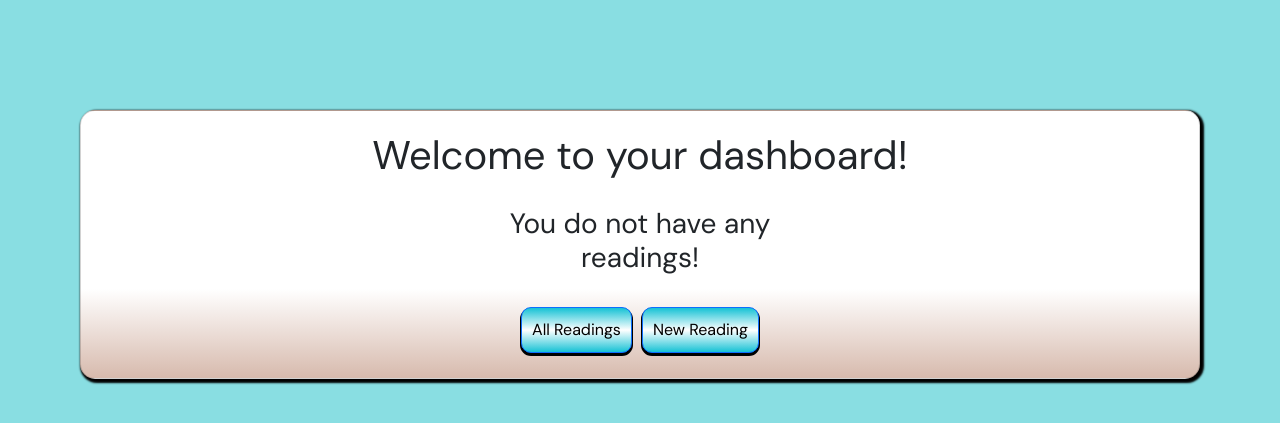
Repository: aiodell/my-glucose-checkup
Page: /dashboard (app in client/)
These files come from the project's save history. The page is drawn as it stood at one moment and after the next save; the edit follows.
The browser window is 1280 px wide. The pictures show the whole page.
The page's requests for data from a server got no answer. The project was rebuilt for these pictures with package versions that can differ from the ones it lists, and the page was loaded fresh each time. No one was signed in, and anything a server would have sent is missing. Also part of the build but not shown: client/src/components/Login.js, client/src/components/Signup.js, client/src/components/AllReadings.js, client/src/components/NewReading.js, client/src/components/Home.js, client/src/components/BglUpdateForm.js, client/src/components/BglEventDetails.js, client/src/components/NewBglEvent.js and 8 more.

Above is the page before, as saved 2022-10-06 07:05:48.

### client/src/index.js
import React from 'react';
import ReactDOM from 'react-dom/client';
import {BrowserRouter as Router} from "react-router-dom";
import 'bootstrap/dist/css/bootstrap.min.css';
import App from './App';

const root = ReactDOM.createRoot(document.getElementById('root'));
root.render(
  <React.StrictMode>
  <Router>
    <App />
  </Router>
  </React.StrictMode>
);

### client/src/App.js
import { useState, useEffect } from "react"
import { Switch, Route, useHistory } from "react-router-dom"
import NavBar from "./components/NavBar"
import Login from "./components/Login"
import Signup from "./components/Signup"
import Dashboard from "./components/Dashboard"
import AllReadings from "./components/AllReadings"
import NewReading from "./components/NewReading"
import Home from "./components/Home"
import BglEventDetails from "./components/BglEventDetails"
import NewBglEvent from "./components/NewBglEvent"
import Events from "./components/Events"
import UserProfile from "./components/UserProfile"
import CreateProfile from "./components/CreateProfile"
import AllUsers from "./components/AllUsers"
import './styles.css'

const App = () => {
  const [currentUser, setCurrentUser] = useState("")
  const [readings, setReadings] = useState([])
  const [events, setEvents] = useState([])
  const [users, setUsers] = useState([])
  const [following, setFollowing] = useState([])
  const history = useHistory()

  useEffect( () => {
    fetch(`/auto-login`)
    .then((r) => {
      if (r.ok) {
        r.json().then((user) => setCurrentUser(user))
      }else{
        history.push("/login")
      }
    })
  }, [ ])

	useEffect(() => {
		fetch("/events")
		.then((r) => r.json())
		.then(setEvents)
	}, [])

  useEffect(() => {
		fetch("/bgls")
		.then((r) => r.json())
		.then(setReadings)
	}, [])

  useEffect(() => {
    fetch("/users")
    .then((r) => r.json())
    .then(setUsers)
  }, [])

  useEffect(() => {
    fetch("/relationships")
    .then((r) => r.json())
    .then(setFollowing)
  }, [])

  const updateUser = (user) => setCurrentUser(user)

  const addNewReading = (newReading) => {setReadings(readings => [...readings, newReading])}

  const deleteReading = (deletedReading) => {
    setReadings((readings) => readings.filter((reading) => reading.id !== deletedReading))
  }

  const deleteEvent = (deletedEvent) => {
    setEvents((events) => events.filter((event) => event.id !== deletedEvent))
  }

  const updateBgl = (updatedBgl) => {
    setReadings((readings) => readings.map(bgl => bgl.id === updatedBgl.id ? updatedBgl : bgl))
  }

  // add follower to list
  const addNewFollow = (newFollow) => {
    setFollowing(following => [...following, newFollow])
    const copyOfCurrentUser = {...currentUser}
    copyOfCurrentUser.followees.push(newFollow)
    setCurrentUser(copyOfCurrentUser)
  }

  // delete follower from the list
  const deleteFollow = (deletedFollow) => {
    setFollowing((following) => following.filter((following) => following.id !== deletedFollow))
  }

  const removeCurrentFollowing = (deletedFollowee) => {
    const copyOfCurrentUser = {...currentUser}
    copyOfCurrentUser.followees = copyOfCurrentUser.followees.filter(followee => followee.followee_id !== deletedFollowee.followee_id)
    setCurrentUser(copyOfCurrentUser)
  }

   return (
   <div>
    <NavBar
      currentUser = {currentUser}
      updateUser = {updateUser}
    />
    <Switch>
      <Route exact path = "/login">
        <Login updateUser = {updateUser}/>
      </Route>
      <Route exact path = "/signup">
        <Signup />
      </Route>
      <Route exact path = "/dashboard">
        <Dashboard
        currentUser = {currentUser}
        readings = {readings}
        setReadings = {setReadings}
        following = {following}  // will be used to display the highs and lows of a user being followed
        users = {users}
        />
      </Route>
      <Route exact path= "/bgls/all">
        <AllReadings
        readings = {readings}
        setReadings = {setReadings}
        />
      </Route>
      <Route exact path= "/bgls/new">
        <NewReading addNewReading= {addNewReading} />
      </Route>
      <Route exact path= "/bgls/:id/">
        <BglEventDetails
          updateBgl = {updateBgl}
          deleteReading= {deleteReading}
          readings = {readings}
        />
      </Route>
      <Route exact path="/bgls/:id/bgl_events/new">
        <NewBglEvent events= {events}/>
      </Route>
      <Route exact path="/events">
        <Events
          deleteEvent = {deleteEvent}
          events = {events}
          setEvents = {setEvents}
        />
      </Route>
      <Route exact path= "/me">
        <UserProfile
        currentUser = {currentUser}
        users = {users}
        />
      </Route>
      <Route exact path = "/create-profile">
        <CreateProfile />
      </Route>
      <Route exact path= "/users">
        <AllUsers
        currentUser = {currentUser}
        users = {users}
        addNewFollow = {addNewFollow}
        deleteFollow = {deleteFollow}
        removeCurrentFollowing ={removeCurrentFollowing}
        />
      </Route>
      <Route exact path="/">
        <Home
        currentUser = {currentUser}
        setCurrentUser = {setCurrentUser}/>
      </Route>
    </Switch>
   </div>
  )
}

export default App;

### client/src/components/NavBar.js
import { useHistory, NavLink } from 'react-router-dom'
import Container from "react-bootstrap/Container"
import Nav from 'react-bootstrap/Nav';
import Navbar from 'react-bootstrap/Navbar';
import '../styles.css';

const NavBar = ({updateUser, currentUser}) => {
	const history = useHistory()

	// log out only available when logged in
	const handleLogout = (e) => {
		fetch(`/logout`, {
			method: 'DELETE'
		})
		.then(() => {
			updateUser("")
			history.push('/')
		})
	}

	return(
		<>
		{currentUser ?
			<Navbar bg="dark" variant="dark" expand="lg">
			<Container className="nav-bar">
				<Navbar.Brand>My Glucose Checkup</Navbar.Brand>
				<Navbar.Toggle aria-controls="basic-navbar-nav" />
				<Navbar.Collapse id="basic-navbar-nav"></Navbar.Collapse>
					<Nav className="me-auto">
						<NavLink className="nav-link" to="/dashboard">
							<Nav.Item>Dashboard</Nav.Item>
						</NavLink>
						<NavLink className="nav-link" to="/bgls/all">
							<Nav.Item>My BGLs</Nav.Item>
						</NavLink>
						<NavLink className="nav-link" to="/bgls/new">
							<Nav.Item>New Reading</Nav.Item>
						</NavLink>
						<NavLink className="nav-link" to="/me">
							<Nav.Item>My Account</Nav.Item>
						</NavLink>
						<NavLink className="nav-link" to="/users">
							<Nav.Item>All Users</Nav.Item>
						</NavLink>
						<Nav.Link onClick={handleLogout}>Logout</Nav.Link>
					</Nav>
			</Container>
		</Navbar> : null }
		</>
	)
}

export default NavBar

### client/src/components/Dashboard.js
import { useState, useEffect } from "react"
import {useHistory, Link, NavLink } from "react-router-dom"
import Container from "react-bootstrap/Container"
import Card from "react-bootstrap/Card"
import Button from "react-bootstrap/Button"
import Col from 'react-bootstrap/Col';
import Row from 'react-bootstrap/Row';

const Dashboard = ({currentUser}) => {
	const[readings, setReadings] = useState([])
	const[errors, setErrors] = useState([])
	const history= useHistory()

	// get the bgls for the user
	useEffect(() => {
		fetch("/bgls")
		.then(r => {
			if(r.ok){
				r.json().then(data => setReadings(data))
			}else{
				r.json().then(data => {
					setErrors(data.errors)
					history.push("/login")
				})
			}
		})
	}, [ ])

	// sort the highest, lowest, and most current value
	const lowestValue = [...readings].sort((a,b) => a.value - b.value)
	const highestValue = [...readings].sort((a,b) => b.value - a.value)
	const highestId =[...readings].sort((a,b) => b.id - a.id)

	const average = (arr) => {
		const { length } = arr
		return arr.reduce((acc, val) => {
			return acc + (val.value/length)
		}, 0)
	}

	const renderAverage = parseInt(average(readings))

	const renderLowest = lowestValue.slice(0,1).map((num) => {
		return(
			<div>
				<h2 key={num.id}> Lowest: {num.value}</h2>
			<Link to= {`/bgls/${num.id}`} className="small-link"> View Details</Link>
			</div>
		)
	})

	const renderHighest = highestValue.slice(0,1).map((num)=> {
		return(
			<div>
				<h2 key={num.id}> Highest: {num.value}</h2>
				<Link to= {`/bgls/${num.id}`} className="small-link"> View Details</Link>
			</div>
		)
	})

	const renderCurrent = highestId.slice(0,1).map((num) => {
		return(
		<>
			<Card className="current-bgl">
				<h1 className="current-txt" key={num.id}> {num.value} </h1>
			</Card>
			<Link to= {`/bgls/${num.id}`} className="small-link"> View Details</Link>
		</>
		)
	})

	// will return a dashboard alongside any highs and lows of followed users
	return(
		<Container className="container-style">
			{errors ? errors.map(e => <section>{e}</section>):null}
			<Card className="dash-container">
				{currentUser.first_name ? <h1 className="dash-title">
					Welcome to your dashboard, {currentUser.first_name} </h1>
					: <h1>Welcome to your dashboard!</h1> }
				{currentUser.admin ?
				<>
					<Row>
						<p>You are in admin mode</p>
							{renderCurrent}
					</Row>
						<Row className="low-high-avg">
							<Col>{renderLowest}</Col>
							<Col>
								{renderAverage === 0 ? <h3> You do not have any readings!</h3> :
								 	<h2> Average: {renderAverage}</h2>
								 }
							</Col>
							<Col>{renderHighest}</Col>
						</Row>
						<div>
							<NavLink to="/events">
								<Button className="btns" >All Events</Button>
							</NavLink>
							<NavLink to="/bgls/all">
								<Button className="btns">All Test Readings</Button>
							</NavLink>
							<NavLink to="/bgls/new">
								<Button className="btns">New Test Reading</Button>
							</NavLink>
						</div>
						<div>
							{/* Add updates from followed users here */}
						</div>
				</> :
				<>
					<Row>
						{renderCurrent}
					</Row>
						<Row className="low-high-avg">
							<Col>{renderLowest}</Col>
							<Col>
								{renderAverage === 0 ? <h3> You do not have any readings!</h3> :
								 	<h2> Average: {renderAverage}</h2>
								}
							</Col>
							<Col>{renderHighest}</Col>
						</Row>
						<div>
							<NavLink to="/bgls/all">
								<Button className="btns">All Readings</Button>
							</NavLink>
							<NavLink to="/bgls/new">
								<Button className="btns">New Reading</Button>
							</NavLink>
						</div>
				</> }
			</Card>
		</Container>
	)
}

export default Dashboard

### client/src/styles.css
@import url('https://fonts.googleapis.com/css2?family=DM+Sans&display=swap');
@import url('https://fonts.googleapis.com/css2?family=Carter+One&family=DM+Sans&display=swap');

body {
  font-family: 'DM Sans', sans-serif;
  background-color:	#89dee2;
  margin: 0px;
}

/*Universal */
.btns {
  background-image: linear-gradient(#16c2d5, #ffffff,#16c2d5);
  color: rgb(0, 0, 0);
  padding: 10px;
  margin: 5px;
  text-align: center;
  border-radius: 10px;
  box-shadow: 0px 2px 0px 1px black;
  text-decoration: none;
}

.container-style{
  text-align: center;
  padding: 10px;
  position: relative;
}

.navbar-brand{
  font-family: 'Carter One', cursive;
  font-size: 2rem;
  text-align:left
}

/*Home Page */
.Home {
  text-align: center;
}

.home-background {
  background-color: #88c7b2;
  min-height: 100vh;
  display: flex;
  flex-direction: column;
  align-items: center;
  justify-content: center;
  font-size: calc(10px + 2vmin);
  color: white;
}

.welcome {
  font-family: 'Carter One', cursive;
  text-shadow: 2px 2px black;
  text-align: center;
}

.home-btn-div {
  align-content: center;
}

/*Forms */
.form-style{
  margin-top: 100px;
  border-radius: 20px;
  box-shadow: 0px 2px 0px 1px black;
  background-image: linear-gradient(#67eabe, #ffffff);
  color: rgb(0, 0, 0);
}
.title{
  padding: 20px;
  position: relative;
}

/*Dashbord */
.dash-container{
  margin-top: 100px;
  padding: 20px;
  background-image: linear-gradient(#ffffff,#ffffff, #ffffff,#d7baad);
  box-shadow: 2px 2px 2px 2px black;
  border-radius: 15px;
  position: relative;
}

.current-bgl{
  border-radius: 50%;
  height: 150px;
  width: 150px;
  vertical-align: middle;
  left: 44%;
  position: relative;
  box-shadow: 2px 2px 2px 2px black;
  background-image: linear-gradient(#67eabe, #ffffff);
}

.current-txt{
  text-align: center;
  font-size: 4rem;
  padding-top: 40px;
  padding-left: 5px;
  position: relative;
}

.low-high-avg{
  padding: 20px;
  position: relative;
}

.dash-title{
  font-family: 'Carter One', cursive;
  text-shadow: 2px 2px 2px black;
  color: white
}

/*Events */

.list{
  list-style: none;
  padding: 5px;
  font-size: 150%;
}

.event-container-style{
  text-align: center;
  padding: 10px;
  position: relative;
  margin: 5px;
}

.delete-btn{
  background-image: linear-gradient(#67eabe, #ffffff);
  color: rgb(0, 0, 0);
  padding: 5px;
  margin: 5px;
  text-align: center;
  box-shadow: 0px 2px 0px 1px black;
  text-decoration: none;
}
.event-card{
  vertical-align: middle;
  left: 39%;
  position: relative;
}

/*All bgls*/
.all-bgl-container-style{
  align-content: center;
  margin-top: 20px;
  text-align: center;
  display: relative;
  position:relative;
  max-width: 50%;
}

.link-text-style{
  text-decoration: none;
}

.pages {
  display: flex;
  justify-content: center;
  margin-top: 20px;
}

.bgl-card{
  margin: 10px;
  text-decoration: none;
  color: black;
  box-shadow: 0px 2px 0px 2px black;
}

.card-title{
  font-size: 150%;
}

.search {
  width: 50%;
  text-align: center;

  position: relative;
  display: block;
  margin: auto;
  padding: 2rem;
}

.searchTerm {
  text-align: center;
  width: 100%;
  border: 3px solid #004e59;
  padding: 5px;
  height: 3rem;
  border-radius: 5px;
  outline: none;
  font-size: 1.5rem;
}

/* Profile Completion Form */
.form-title{
  text-align: center;
  margin-top: 15px;
}

.profile-completion{
  text-align: center;
  padding: 15px;
  margin: 10px;
  box-shadow: 1px 2px 0px 1px black;
  background-image: linear-gradient(#eaeaea, #ffffff);
  color: rgb(0, 0, 0);
}

.profile-label{
  margin-bottom: 5px;
  margin-top: 10px;
}

.form-check{
  margin-top: 5px
}

/*profile container*/
.profile-container{
  align-content: center;
  margin-top: 20px;
  text-align: center;
  display: relative;
  position:relative;
  max-width: 50%;
}

Loaded but not shown: client/public/index.html (common file)

After the next save:
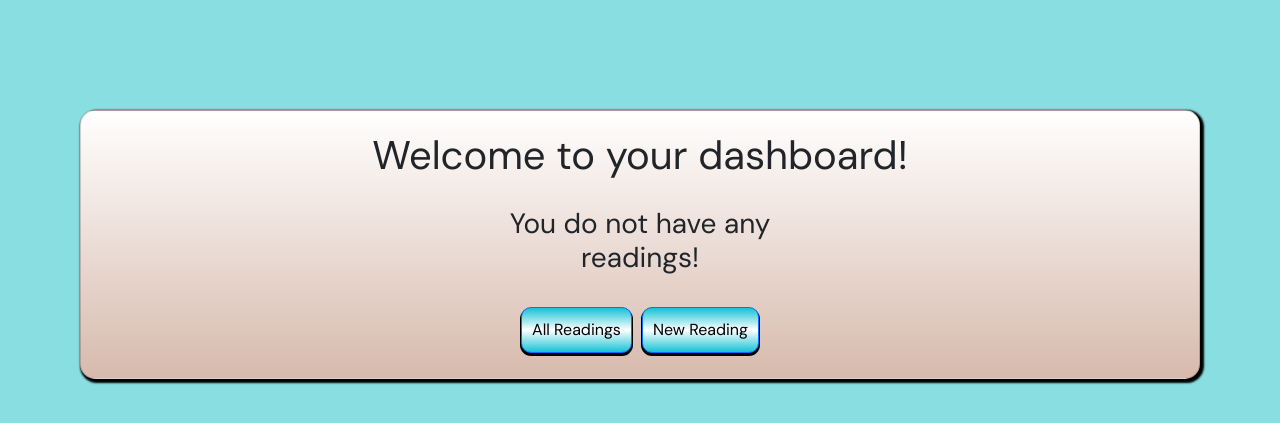
Saved 10 s later.
--- a/client/src/styles.css
+++ b/client/src/styles.css
@@ -74,7 +74,7 @@ body {
 .dash-container{
   margin-top: 100px;
   padding: 20px;
-  background-image: linear-gradient(#ffffff,#ffffff, #ffffff,#d7baad);
+  background-image: linear-gradient(#ffffff,#d7baad);
   box-shadow: 2px 2px 2px 2px black;
   border-radius: 15px;
   position: relative;
